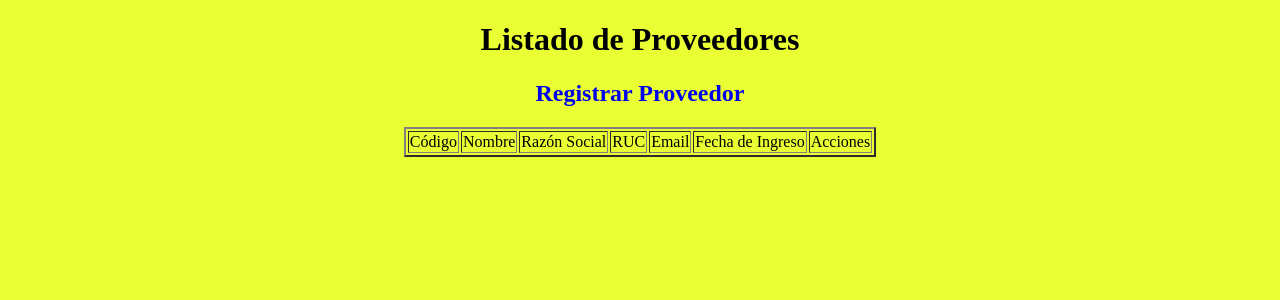
Repository: brian-05/T2
Page: http://localhost/LPII_CL2_ACUNACAMPOSBRIAN/MenuPrincipal.jsp
The author's editor kept a copy of each file at every save. The page is drawn from the files as they stood at one save, then again after the next save.
The browser window is 1280 px wide. The pictures show the whole page.
The page is served by Tomcat 9. The template is opened directly, without the code that normally fills it, so the values that code supplies are empty.

Above is the page before, as saved 2025-02-09 09:09:26.

After the next save:
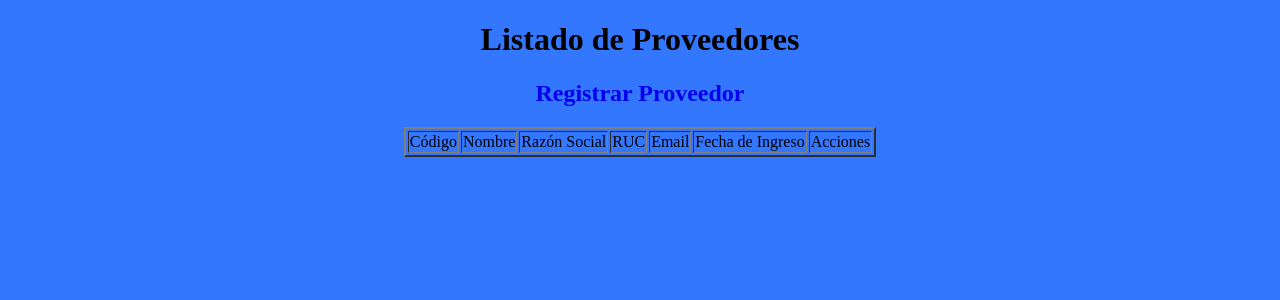
Saved 30 s later.
--- a/LPII_CL2_ACUNACAMPOSBRIAN/src/main/webapp/MenuPrincipal.jsp
+++ b/LPII_CL2_ACUNACAMPOSBRIAN/src/main/webapp/MenuPrincipal.jsp
@@ -9,7 +9,7 @@
 <meta http-equiv="Content-Type" content="text/html; charset=ISO-8859-1">
 <title>Listado de Proveedores</title>
 </head>
-<body bgcolor="#e9ff33">
+<body bgcolor="#3377ff">
 <h1 align="center">Listado de Proveedores</h1>
 <h2 align="center">
     <a href="ControladorProveedor?accion=Registrar" style="text-decoration: none">Registrar Proveedor</a>
